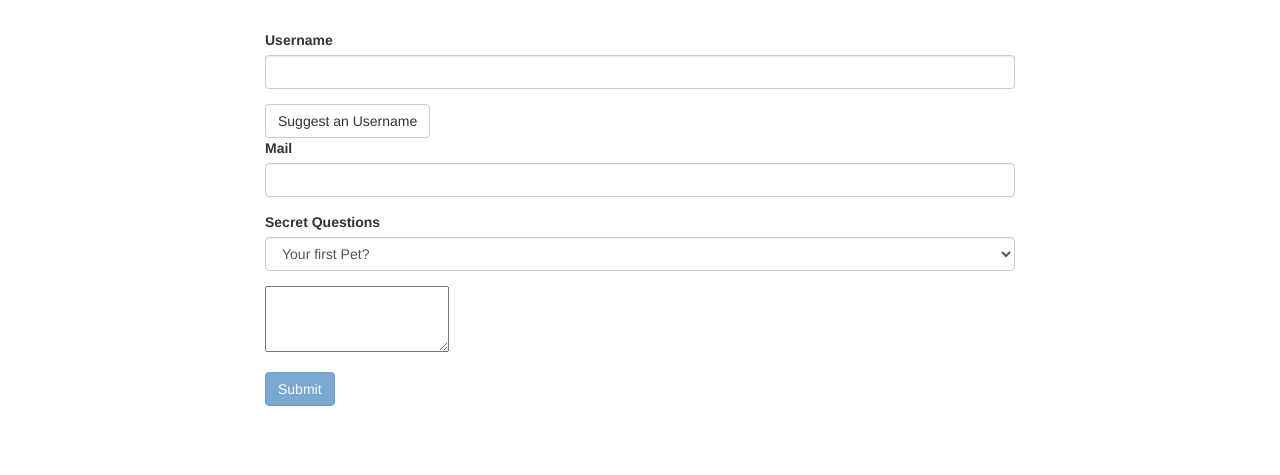
Repository: NikitasX/AngularCourse
Page: / (app in forms-start/)
These files come from the project's save history. The page is drawn as it stood at one moment and after a run of saves; the edit follows.
The browser window is 1280 px wide. The pictures show the whole page.
The project was rebuilt for these pictures with package versions that can differ from the ones it lists, and the page was loaded fresh each time. Also part of the build but not shown: forms-start/angular.json.

Above is the page before, as saved 2020-09-25 15:46:07.

After the next 3 saves:
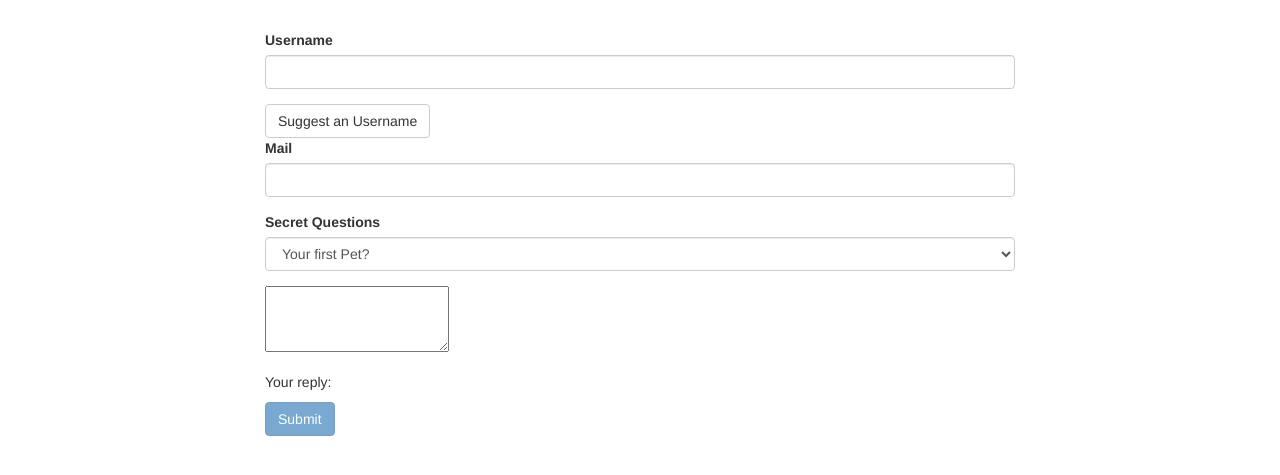
The 3 saves are shown as one change because they came seconds apart.
The last was saved 7 s later.
--- a/forms-start/src/app/app.component.html
+++ b/forms-start/src/app/app.component.html
@@ -49,7 +49,7 @@
           rows="3"
           ngModel></textarea>
         </div>
-        <p></p>
+        <p>Your reply: </p>
         <button
           class="btn btn-primary"
           type="submit"
